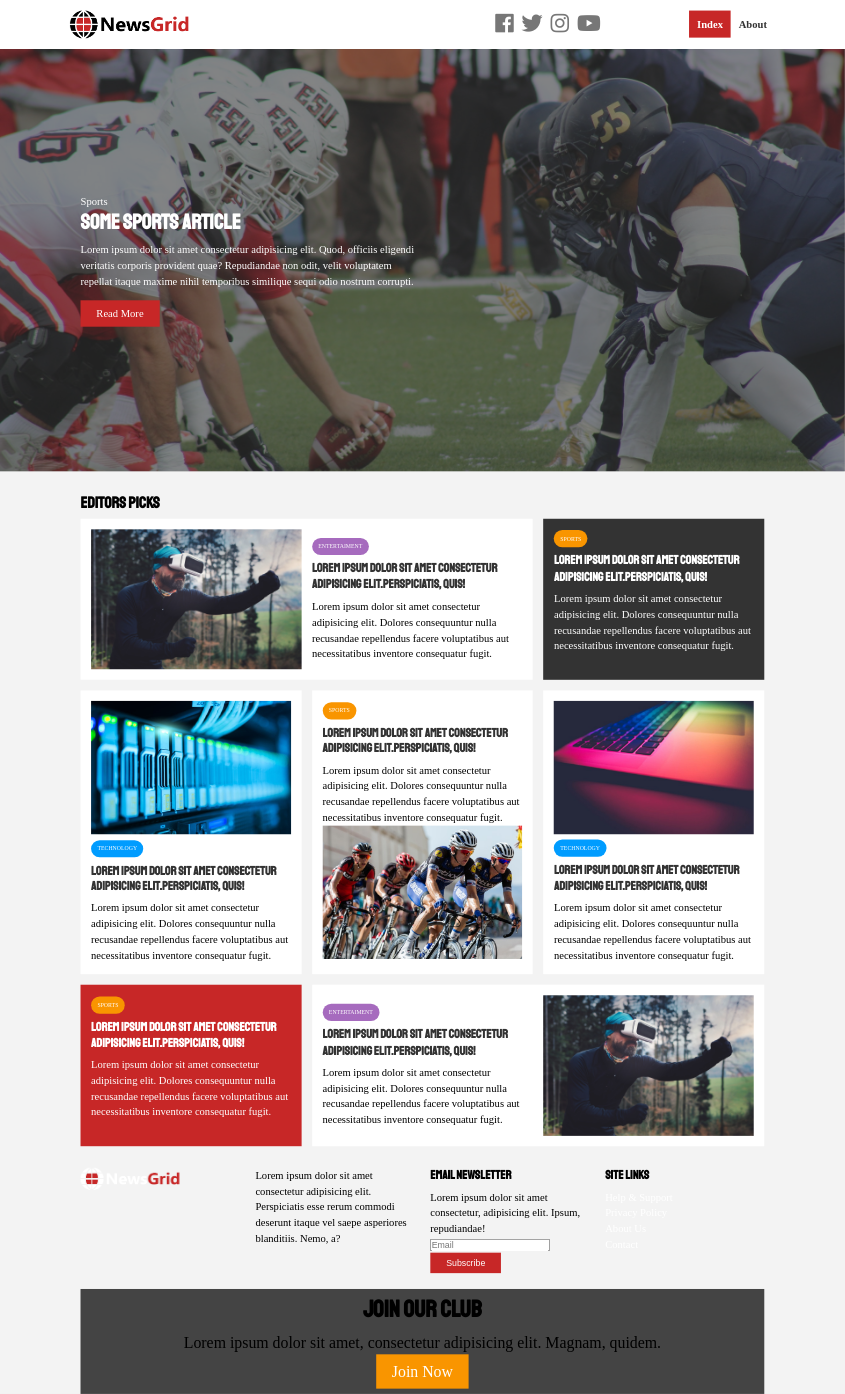
Repository: minhtien9/newsgrid
Page: index.html
The author's editor kept a copy of each file at every save. The page is drawn from the files as they stood at one save, then again after the next save.
The browser window is 1280 px wide. The pictures show the whole page, at 66% of full size.
Some web libraries are served in a nearby version.

Above is the page before, as saved 2021-08-25 22:53:34.

### index.html
<!DOCTYPE html>
<html lang="en">
  <head>
    <meta charset="UTF-8" />
    <meta name="viewport" content="width=device-width, initial-scale=1.0" />
    <meta http-equiv="X-UA-Compatible" content="ie=edge" />
    <link
      rel="stylesheet"
      href="https://use.fontawesome.com/releases/v5.6.3/css/all.css"
      integrity="sha384-UHRtZLI+pbxtHCWp1t77Bi1L4ZtiqrqD80Kn4Z8NTSRyMA2Fd33n5dQ8lWUE00s/"
      crossorigin="anonymous"
    />
    <link
      href="https://fonts.googleapis.com/css2?family=Lato&family=Staatliches&display=swap"
      rel="stylesheet"
    />
    <link rel="stylesheet" href="css/style.css" />
    <link
      rel="stylesheet"
      media="screen and (max-width: 768px)"
      href="css/mobile.css"
    />
    <link rel="shortcut icon" type="image/x-icon" href="favicon.ico" />
    <title>NewsGrid | Latest News</title>
  </head>

  <body>
    <nav id="main-nav">
      <div class="container">
        <img src="img/logo.png" alt="NewsGrid" class="logo" />
        <div class="social">
          <a href="http://facebook.com" target="_blank"
            ><i class="fab fa-facebook fa-2x"></i
          ></a>
          <a href="http://twitter.com" target="_blank"
            ><i class="fab fa-twitter fa-2x"></i
          ></a>
          <a href="http://instagram.com" target="_blank"
            ><i class="fab fa-instagram fa-2x"></i
          ></a>
          <a href="http://youtube.com" target="_blank"
            ><i class="fab fa-youtube fa-2x"></i
          ></a>
        </div>
        <ul>
          <li><a class="current" href="index.html">Index</a></li>
          <li><a href="about.html">About</a></li>
        </ul>
      </div>
    </nav>

    <!-- Showcase -->
    <header id="showcase">
      <div class="container">
        <div class="showcase-container">
          <div class="showcase-content">
            <div class="categogy catogory-sports">Sports</div>
            <h1>Some Sports Article</h1>
            <p>
              Lorem ipsum dolor sit amet consectetur adipisicing elit. Quod,
              officiis eligendi veritatis corporis provident quae? Repudiandae
              non odit, velit voluptatem repellat itaque maxime nihil temporibus
              similique sequi odio nostrum corrupti.
            </p>
            <a href="article.html" class="btn btn-primary">Read More</a>
          </div>
        </div>
      </div>
    </header>
    <!-- Home Articles -->
    <section id="home-articles" class="py-2">
      <div class="container">
        <h2>Editors Picks</h2>
        <div class="articles-container">
          <article class="card">
            <img src="img/articles/ent1.jpg" alt="" />
            <div>
              <div class="category category-ent">Entertaiment</div>
              <h3>
                <a href="article.html"
                  >Lorem ipsum dolor sit amet consectetur adipisicing
                  elit.Perspiciatis, quis!</a
                >
              </h3>
              <p>
                Lorem ipsum dolor sit amet consectetur adipisicing elit. Dolores
                consequuntur nulla recusandae repellendus facere voluptatibus
                aut necessitatibus inventore consequatur fugit.
              </p>
            </div>
          </article>
          <article class="card bg-dark">
            <div class="category category-sports">Sports</div>
            <h3>
              <a href="article.html"
                >Lorem ipsum dolor sit amet consectetur adipisicing
                elit.Perspiciatis, quis!</a
              >
            </h3>
            <p>
              Lorem ipsum dolor sit amet consectetur adipisicing elit. Dolores
              consequuntur nulla recusandae repellendus facere voluptatibus aut
              necessitatibus inventore consequatur fugit.
            </p>
          </article>
          <article class="card">
            <img src="img/articles/tech1.jpg" alt="" />
            <div class="category category-tech">Technology</div>
            <h3>
              <a href="article.html"
                >Lorem ipsum dolor sit amet consectetur adipisicing
                elit.Perspiciatis, quis!</a
              >
            </h3>
            <p>
              Lorem ipsum dolor sit amet consectetur adipisicing elit. Dolores
              consequuntur nulla recusandae repellendus facere voluptatibus aut
              necessitatibus inventore consequatur fugit.
            </p>
          </article>
          <article class="card">
            <div class="category category-sports">Sports</div>
            <h3>
              <a href="article.html"
                >Lorem ipsum dolor sit amet consectetur adipisicing
                elit.Perspiciatis, quis!</a
              >
            </h3>
            <p>
              Lorem ipsum dolor sit amet consectetur adipisicing elit. Dolores
              consequuntur nulla recusandae repellendus facere voluptatibus aut
              necessitatibus inventore consequatur fugit.
            </p>
            <img src="img/articles/sports1.jpg" alt="" />
          </article>
          <article class="card">
            <img src="img/articles/tech2.jpg" alt="" />
            <div class="category category-tech">Technology</div>
            <h3>
              <a href="article.html"
                >Lorem ipsum dolor sit amet consectetur adipisicing
                elit.Perspiciatis, quis!</a
              >
            </h3>
            <p>
              Lorem ipsum dolor sit amet consectetur adipisicing elit. Dolores
              consequuntur nulla recusandae repellendus facere voluptatibus aut
              necessitatibus inventore consequatur fugit.
            </p>
          </article>
          <article class="card bg-primary">
            <div class="category category-sports">Sports</div>
            <h3>
              <a href="article.html"
                >Lorem ipsum dolor sit amet consectetur adipisicing
                elit.Perspiciatis, quis!</a
              >
            </h3>
            <p>
              Lorem ipsum dolor sit amet consectetur adipisicing elit. Dolores
              consequuntur nulla recusandae repellendus facere voluptatibus aut
              necessitatibus inventore consequatur fugit.
            </p>
          </article>
          <article class="card">
            <div>
              <div class="category category-ent">Entertaiment</div>
              <h3>
                <a href="article.html"
                  >Lorem ipsum dolor sit amet consectetur adipisicing
                  elit.Perspiciatis, quis!</a
                >
              </h3>
              <p>
                Lorem ipsum dolor sit amet consectetur adipisicing elit. Dolores
                consequuntur nulla recusandae repellendus facere voluptatibus
                aut necessitatibus inventore consequatur fugit.
              </p>
            </div>
            <img src="img/articles/ent1.jpg" alt="" />
          </article>
        </div>
      </div>
    </section>

    <!-- Footer -->
    <footer id="main-footer">
      <div class="container footer-container">
        <img src="img/logo_light.png" alt="NewsGrid" />
        <p>
          Lorem ipsum dolor sit amet consectetur adipisicing elit. Perspiciatis
          esse rerum commodi deserunt itaque vel saepe asperiores blanditiis.
          Nemo, a?
        </p>
        <div>
          <h3>Email NewsLetter</h3>
          <p>
            Lorem ipsum dolor sit amet consectetur, adipisicing elit. Ipsum,
            repudiandae!
          </p>
          <form>
            <input type="email" placeholder="Email" />
            <input type="submit" value="Subscribe" class="btn btn-primary" />
          </form>
        </div>
        <div>
          <h3>Site Links</h3>
          <ul class="list">
            <li><a href="#">Help & Support</a></li>
            <li><a href="#">Privacy Policy</a></li>
            <li><a href="#">About Us</a></li>
            <li><a href="#">Contact</a></li>
          </ul>
        </div>
        <div>
          <h2>Join Our Club</h2>
          <p>
            Lorem ipsum dolor sit amet, consectetur adipisicing elit. Magnam,
            quidem.
          </p>
          <a href="#" class="btn btn-secondary">Join Now</a>
        </div>
      </div>
    </footer>
  </body>
</html>

### css/style.css
:root {
  --primary-color: #c72727;
  --secondary-color: #f99500;
  --light-color: #f3f3f3;
  --dark-color: #333;
  --max-width: 1100px;
}

.category {
  --sports-color: #f99500;
  --ent-color: #a66bbe;
  --tech-color: #009cff;
}

* {
  margin: 0;
  padding: 0;
  box-sizing: border-box;
}

body {
  font-family: 'Lato' sans-serif;
  line-height: 1.5;
  background: var(--light-color);
}

a {
  color: #333;
  text-decoration: none;
}

ul {
  list-style: none;
}

img {
  width: 100%;
}

h1,
h2,
h3,
h4,
h5,
h6 {
  font-family: 'Staatliches', cursive;
  margin-bottom: 0.55rem;
  line-height: 1.3;
}

/* Utility */

.container {
  max-width: var(--max-width);
  margin: auto;
  padding: 0 2rem;
  overflow: hidden;
}

.category {
  display: inline-block;
  color: #fff;
  font-size: 0.55rem;
  text-transform: uppercase;
  padding: 0.4rem 0.6rem;
  border-radius: 15px;
  margin-bottom: 0.5rem;
}

.category-sports {
  background: var(--sports-color);
}

.category-ent {
  background: var(--ent-color);
}

.category-tech {
  background: var(--tech-color);
}

.btn {
  display: inline-block;
  border: none;
  background: var(--dark-color);
  color: #fff;
  padding: 0.5rem 1.5rem;
}

.btn-light {
  background: var(--light-color);
}

.btn-primary {
  background: var(--primary-color);
}

.btn-secondary {
  background: var(--secondary-color);
}

.btn:hover {
  opacity: 0.9;
}

.card {
  background: #fff;
  padding: 1rem;
}

.bg-dark {
  background: var(--dark-color);
  color: #fff;
}

.bg-primary {
  background: var(--primary-color);
  color: #fff;
}

.bg-secondary {
  background: var(--secondary-color);
  color: #fff;
}

.bg-dark h1,
.bg-dark h2,
.bg-dark h3,
.bg-dark a,
.bg-primary h1,
.bg-primary h2,
.bg-primary h3,
.bg-primary a,
.bg-secondary h1,
.bg-secondary h2,
.bg-secondary h3,
.bg-secondary a {
  color: #fff;
}

.py-1 {
  padding: 1.5rem 0;
}

.py-2 {
  padding: 2rem 0;
}

.py-3 {
  padding: 3rem 0;
}

.p-1 {
  padding: 1.5rem;
}

.p-2 {
  padding: 2rem;
}

.p-3 {
  padding: 3rem;
}

/* Navigation */

#main-nav {
  background: #fff;
  position: sticky;
  top: 0;
  z-index: 2;
}

#main-nav .container {
  display: grid;
  grid-template-columns: 6fr 3fr 2fr;
  padding: 1rem;
  align-items: center;
}

#main-nav .logo {
  width: 180px;
}

#main-nav ul {
  justify-self: end;
  display: flex;
}

#main-nav ul li a {
  padding: 0.75rem;
  font-weight: bold;
}

#main-nav ul li a.current {
  background: var(--primary-color);
  color: #fff;
}

#main-nav ul li a:hover {
  background: var(--light-color);
  color: var(--dark-color);
}

#main-nav .social {
  justify-self: center;
}

#main-nav .social i {
  color: #777;
  margin-right: 0.5rem;
}

/* Showcase */

#showcase {
  color: #fff;
  background: #333;
  padding: 2rem;
  position: relative;
}

#showcase:before {
  content: '';
  background: url('../img/featured.jpg') no-repeat center center/cover;
  position: absolute;
  top: 0;
  left: 0;
  width: 100%;
  height: 100%;
  opacity: 0.4;
}

#showcase .showcase-container {
  display: grid;
  grid-template-columns: repeat(2, 1fr);
  justify-content: center;
  align-items: center;
  height: 80vh;
}

#showcase .showcase-content {
  z-index: 1;
}

#showcase .showcase-content p {
  margin-bottom: 1rem;
}

/* Home Articles */

#home-articles .articles-container {
  display: grid;
  grid-template-columns: repeat(3, 1fr);
  grid-gap: 1rem;
}

#home-articles .articles-container > *:first-child,
#home-articles .articles-container > *:last-child {
  display: grid;
  grid-template-columns: repeat(2, 1fr);
  grid-gap: 1rem;
  grid-column: 1 / span 2;
  align-items: center;
}

#home-articles .articles-container > *:last-child {
  grid-column: 2 / span 2;
}

/* Footer */

.main-footer {
  background: var(--dark-color);
  color: #fff;
}

#main-footer img {
  width: 150px;
}
#main-footer a {
  color: #fff;
}
#main-footer .footer-container {
  display: grid;
  grid-template-columns: repeat(4, 1fr);
  grid-gap: 1.5rem;
}
#main-footer .footer-container > *:last-child {
  background: #444;
  grid-column: 1 / span 4;
  padding: 0.5rem;
  text-align: center;
  font-size: 1.5rem;
}

Loaded but not shown: css/mobile.css (no stored copy; drawn as an empty file)

After the next save:
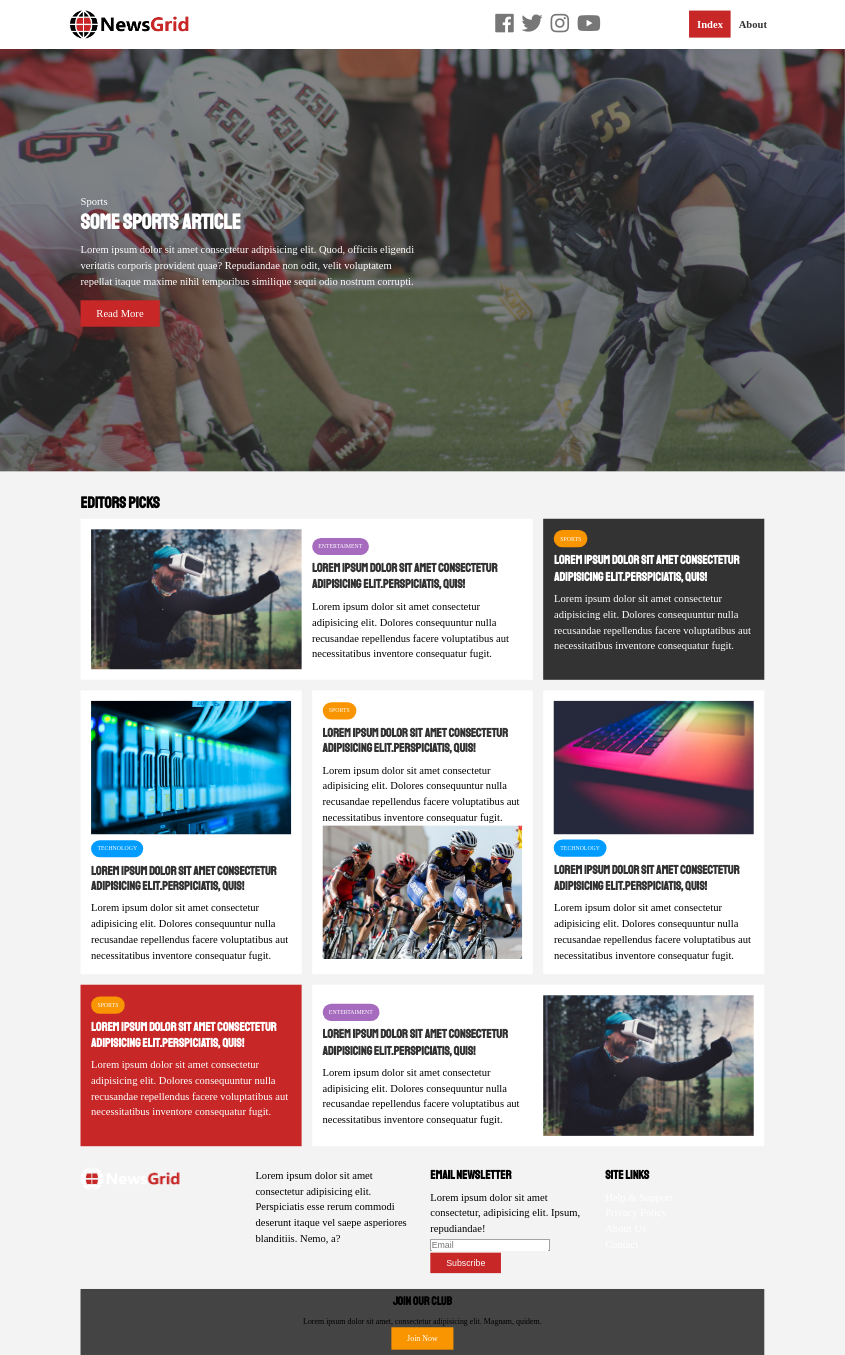
Saved 5 s later.
--- a/css/style.css
+++ b/css/style.css
@@ -291,5 +291,5 @@ h6 {
   grid-column: 1 / span 4;
   padding: 0.5rem;
   text-align: center;
-  font-size: 1.5rem;
-}
+  font-size: 0.75rem;
+}
